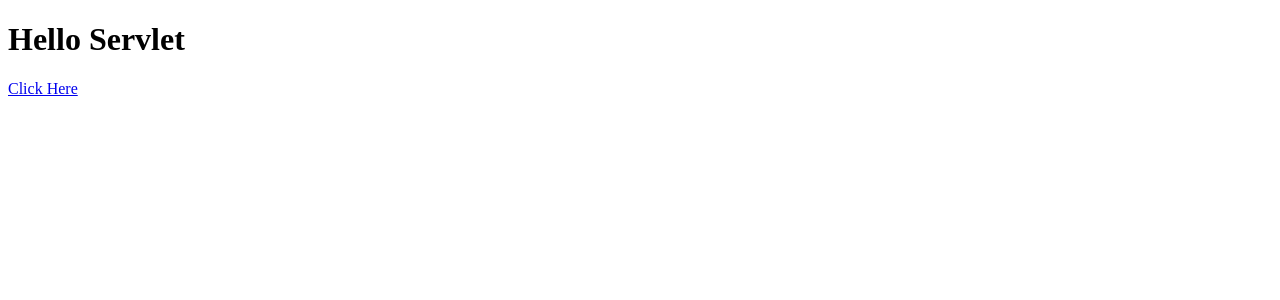
Repository: ynnuSunny/Java-Web-Basics
Page: 01-Servlet-App/WebContent/index.html
The author's editor kept a copy of each file at every save. The page is drawn from the files as they stood at one save, then again after the next save.
The browser window is 1280 px wide. The pictures show the whole page.

Above is the page before, as saved 2023-03-25 06:15:59.

### 01-Servlet-App/WebContent/index.html
<!DOCTYPE html>
<html>
<head>
<meta charset="ISO-8859-1">
<title>Insert title here</title>
</head>
<body>

<h1>Hello Servlet</h1>
<a href="app">Click Here</a>
</body>
</html>

After the next save:
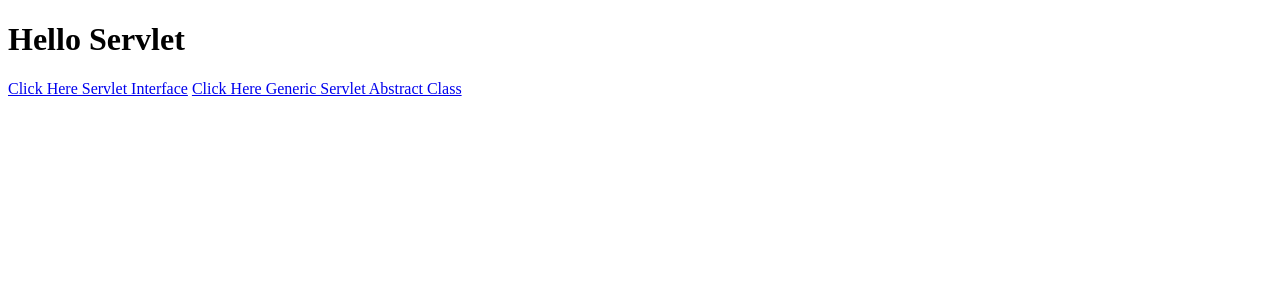
Saved 30 s later.
--- a/01-Servlet-App/WebContent/index.html
+++ b/01-Servlet-App/WebContent/index.html
@@ -7,6 +7,7 @@
 <body>
 
 <h1>Hello Servlet</h1>
-<a href="app">Click Here</a>
+<a href="app">Click Here Servlet Interface</a>
+<a href="generic-app"> Click Here Generic Servlet Abstract Class</a>
 </body>
 </html>
